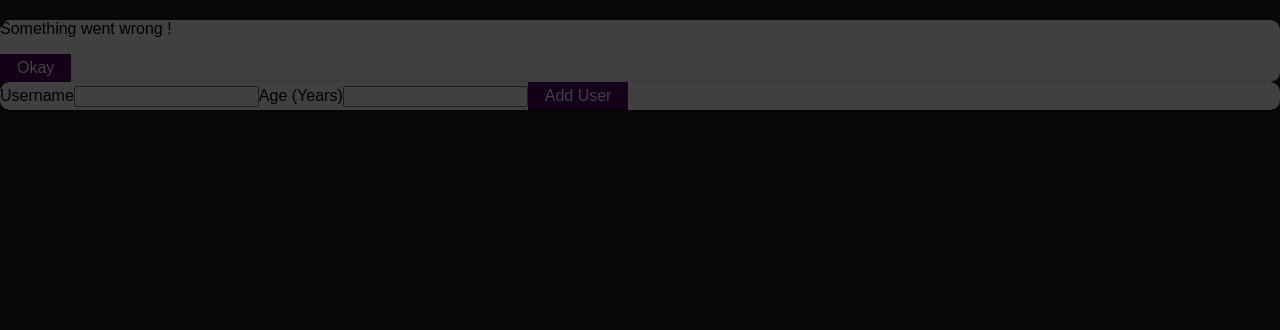
Repository: otvertka/MSC_4
Page: /
An editor plug-in stored every save of this project. The page is shown before and after the next save, followed by the edit.
The browser window is 1280 px wide. The pictures show the whole page.
The project was rebuilt for these pictures with package versions that can differ from the ones it lists, and the page was loaded fresh each time. Also part of the build but not shown: src/components/UserList/UserList.module.css.

Above is the page before, as saved 2023-07-06 20:18:36.

### src/App.js
import React, { useState } from "react";
import AddUser from "./components/AddUser/AddUser";
import UserList from "./components/UserList/UserList";

function App() {
  const [usersList, setUsersList] = useState([]);

  const addUserHandler = (uName, uAge) => {
    setUsersList((prevUsersList) => {
      return [
        ...prevUsersList,
        { name: uName, age: uAge, id: Math.random().toString() },
      ];
    });
  };
  return (
    <div>
      <AddUser onAddUser={addUserHandler} />
      <UserList users={usersList} />
    </div>
  );
}

export default App;

### src/components/AddUser/AddUser.js
import React, { useState } from "react";
import classes from "./AddUser.module.css";
import Button from "../Button/Button";
import Card from "../Card/Card.js";
import ErrorModal from "../ErrorModal/ErrorModal";

const AddUser = (props) => {
  const [enteredUserName, setEnteredUserName] = useState("");
  const [enteredAge, setEnteredAge] = useState("");

  const [isValid, setIsValid] = useState(true);

  const usernameChangeHandler = (event) => {
    if (event.target.value.trim().length > 0) {
      setIsValid(true);
    }
    setEnteredUserName(event.target.value);
    console.log(enteredUserName);
  };
  const ageChangeHandler = (event) => {
    setEnteredAge(event.target.value);
  };

  const addUserHandler = (event) => {
    event.preventDefault();
    if (enteredUserName.trim().length === 0 || enteredAge.trim().length === 0) {
      return;
    }
    if (+enteredAge < 1) {
      return;
    }
    props.onAddUser(enteredUserName, enteredAge);
    setEnteredUserName("");
    setEnteredAge("");
  };

  return (
    <>
      <ErrorModal title="An error occured!" message="Something went wrong !" />
      <Card cssClass={classes.input}>
        <form onSubmit={addUserHandler}>
          <label htmlFor="username">Username</label>
          <input
            id="username"
            type="text"
            value={enteredUserName}
            onChange={usernameChangeHandler}
          />
          <label htmlFor="age">Age (Years)</label>
          <input
            id="age"
            type="number"
            value={enteredAge}
            onChange={ageChangeHandler}
          />

          <Button type="submit">Add User</Button>
        </form>
      </Card>
    </>
  );
};

export default AddUser;

### src/components/UserList/UserList.js
import React from "react";
import classes from "./UserList.module.css";
import Card from "../Card/Card";

const UserList = (props) => {
  return (
    <Card cssClass={classes.users}>
      <ul>
        {props.users.map((user) => (
          <li key={user.id}>
            {user.name} ({user.age} years old)
          </li>
        ))}
      </ul>
    </Card>
  );
};

export default UserList;

### src/components/Button/Button.js
import React from "react";
import classes from "./Button.module.css";
const Button = (props) => {
  return (
    <button
      type={props.type || "button"}
      className={classes.button}
      onClick={props.onClick}
    >
      {props.children}
    </button>
  );
};

export default Button;

### src/components/ErrorModal/ErrorModal.js
import React from "react";
import Card from "../Card/Card";
import Button from "../Button/Button";
import classes from "./ErrorModal.module.css";

const ErrorModal = (props) => {
  return (
    <div>
      <div className={classes.backdrop} />
      <Card cssClass={classes.modal}>
        <header cssClass={classes.header}>
          <h2>
            <title>{props.title}</title>
          </h2>
        </header>
        <div cssClass={classes.content}>
          <p>{props.message}</p>
        </div>
        <footer cssClass={classes.actions}>
          <Button> Okay</Button>
        </footer>
      </Card>
    </div>
  );
};

export default ErrorModal;

### src/components/AddUser/AddUser.module.css
.input {
  margin: 2rem auto;
  padding: 1rem;
  width: 90%;
  max-width: 40rem;
  /* background-color: aqua;
  border-radius: 20px; */
}

.input label {
  display: block;
  font-weight: bold;
  margin-bottom: 0.5rem;
}

.input input {
  font: inherit;
  display: block;
  width: 100%;
  border: 1px solid #ccc;
  padding: 0.15rem;
  margin-bottom: 0.5rem;
}

.input input:focus {
  outline: none;
  border-color: #4f005f;
}

Loaded but not shown: public/index.html (common file); src/index.js (common file); src/index.css (common file); src/components/Card/Card.js (common file); src/components/Button/Button.module.css (common file); src/components/Card/Card.module.css (common file); src/components/ErrorModal/ErrorModal.module.css (common file)

After the next save:
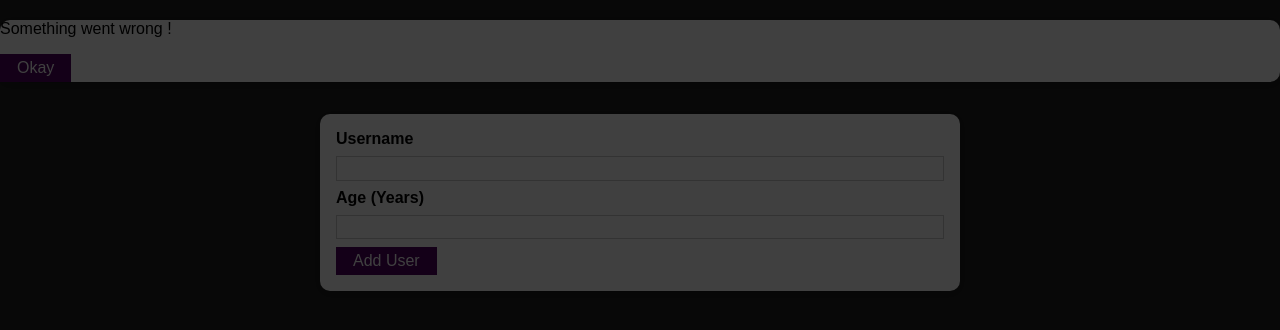
Saved 35 s later.
--- a/src/components/AddUser/AddUser.js
+++ b/src/components/AddUser/AddUser.js
@@ -37,7 +37,7 @@ const AddUser = (props) => {
   return (
     <>
       <ErrorModal title="An error occured!" message="Something went wrong !" />
-      <Card cssClass={classes.input}>
+      <Card className={classes.input}>
         <form onSubmit={addUserHandler}>
           <label htmlFor="username">Username</label>
           <input
